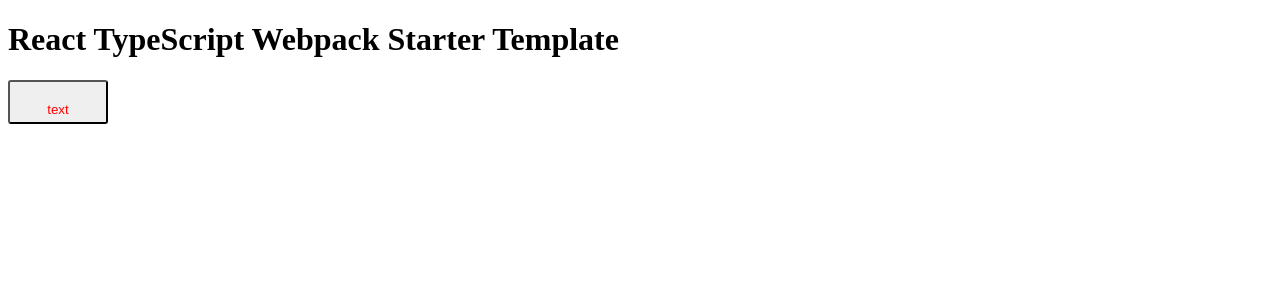
Repository: Paveldub/photo-mvp
Page: /
An editor plug-in stored every save of this project. The page is shown before and after the next save, followed by the edit.
The browser window is 1280 px wide. The pictures show the whole page.
The project was rebuilt for these pictures with package versions that can differ from the ones it lists, and the page was loaded fresh each time. Also part of the build but not shown: webpack.config.js.

Above is the page before, as saved 2021-06-10 17:27:28.

### src/index.html
<!DOCTYPE html>
<html lang="en">

<head>
  <meta charset="UTF-8">
  <meta http-equiv="X-UA-Compatible" content="IE=edge">
  <meta name="viewport" content="width=device-width, initial-scale=1.0">
  <title>React TypeScript Webpack 5 Starter Template</title>
</head>

<body>
  <div id="root"></div>
</body>

</html>

### src/App.tsx
import "@emotion/react";

import { Button } from './Components/Button/Button';

export const App = () => {
  return (
    <>
      <h1>React TypeScript Webpack Starter Template</h1>
      <Button>text</Button>
    </>
  )
}

### src/Components/Button/Button.tsx
import styled from '@emotion/styled'

export const Button = styled('button')`
  padding: 20px;
  color: red;
  border-radius: 3px;
  width: 100px;
  height: 25px;
`;

Loaded but not shown: src/index.tsx (common file)

After the next save:
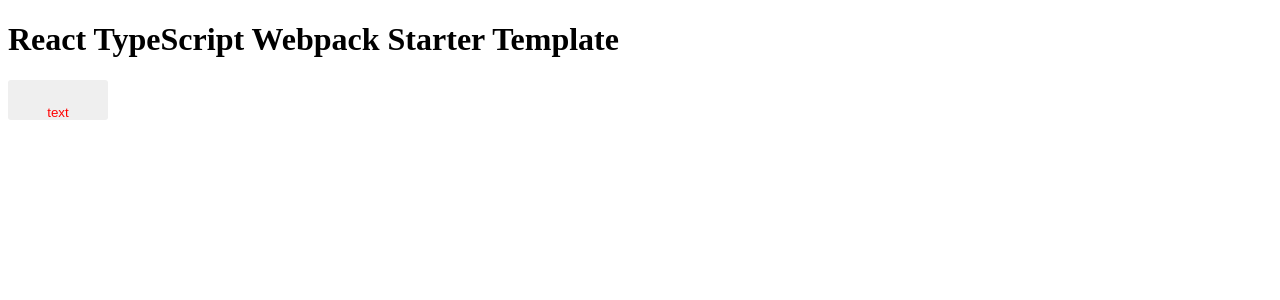
Saved 34 s later.
--- a/src/Components/Button/Button.tsx
+++ b/src/Components/Button/Button.tsx
@@ -6,4 +6,6 @@
   border-radius: 3px;
   width: 100px;
   height: 25px;
+  border: none;
+  line-height: 25px;
 `;
